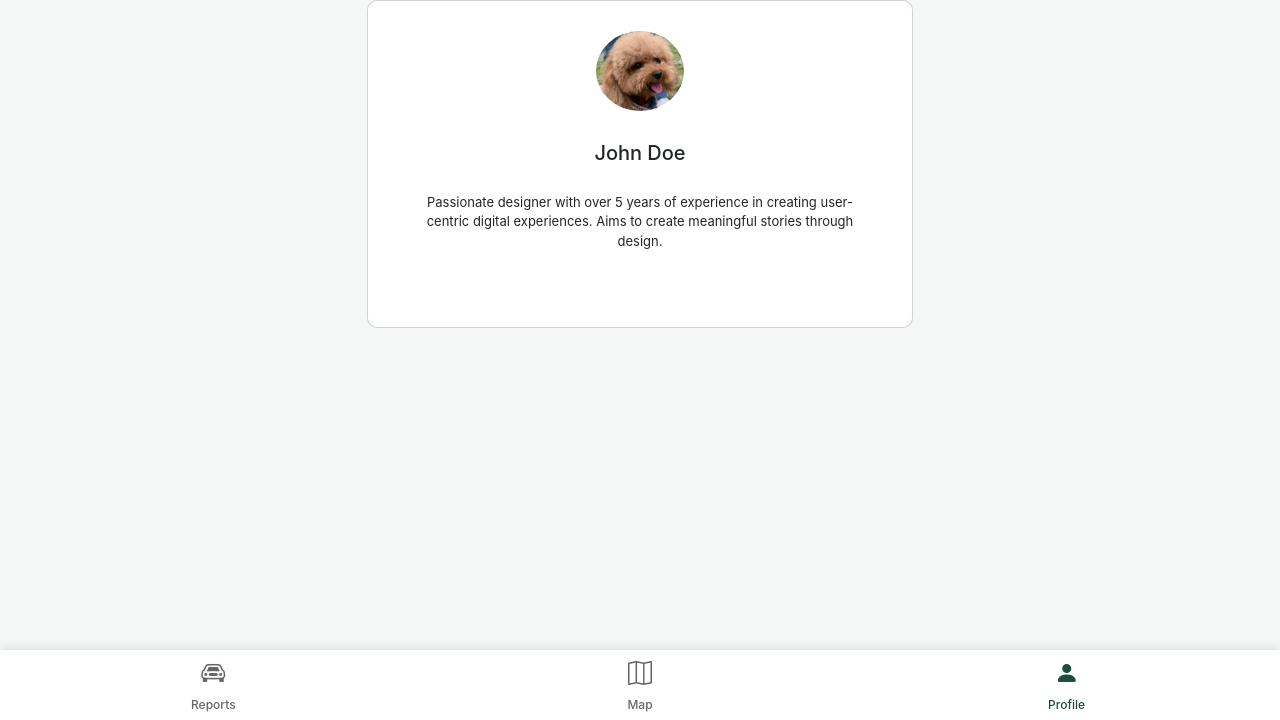
Repository: sukhrajsandhar/1800_202510_BBY8
Page: Profile.html
The author's editor kept a copy of each file at every save. The page is drawn from the files as they stood at one save, then again after the next save.
The browser window is 1280 px wide. The pictures show the whole page.

Above is the page before, as saved 2025-03-03 19:28:37.

After the next save:
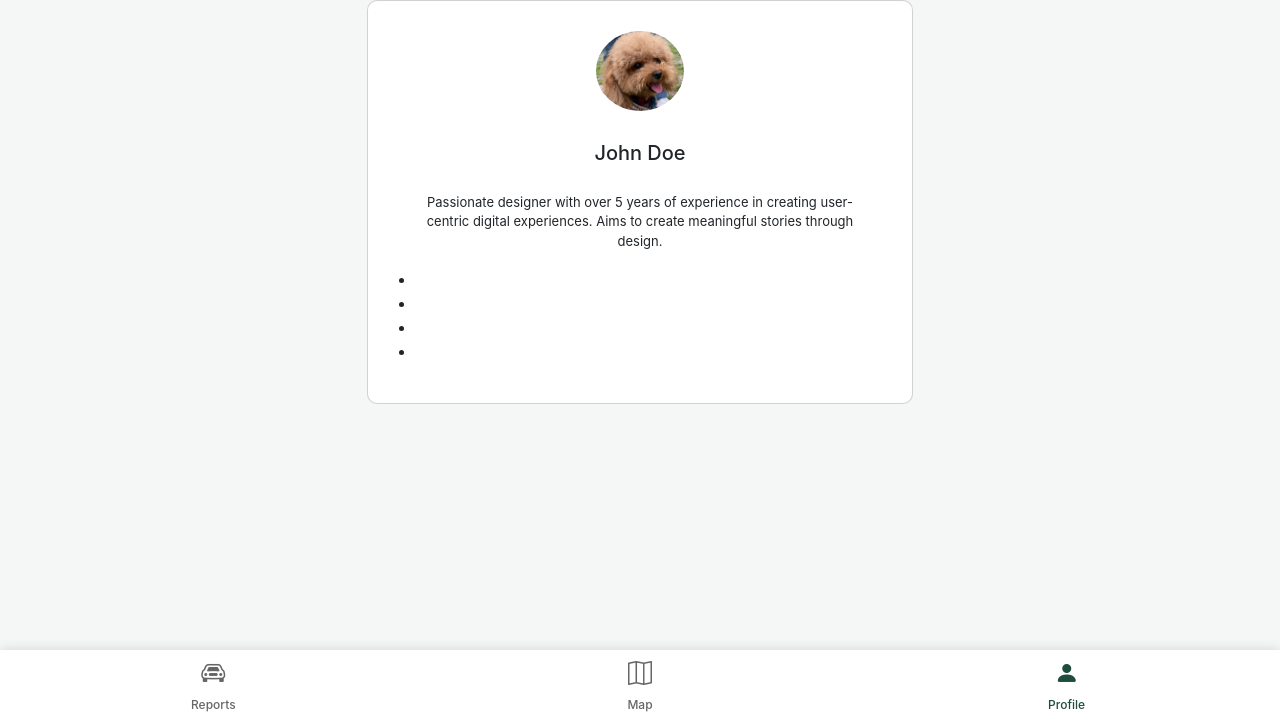
Saved 61 s later.
--- a/Profile.html
+++ b/Profile.html
@@ -24,7 +24,7 @@
                             <p class="fonts">Passionate designer with over 5 years of experience in creating user-centric
                                 digital experiences. Aims to create meaningful stories through design.</p>
                         </div>
-                        <ul class="social-list">
+                        <ul>
                             <li><a href="#" class="fab fa-facebook-f"></a></li>
                             <li><a href="#" class="fab fa-twitter"></a></li>
                             <li><a href="#" class="fab fa-instagram"></a></li>
